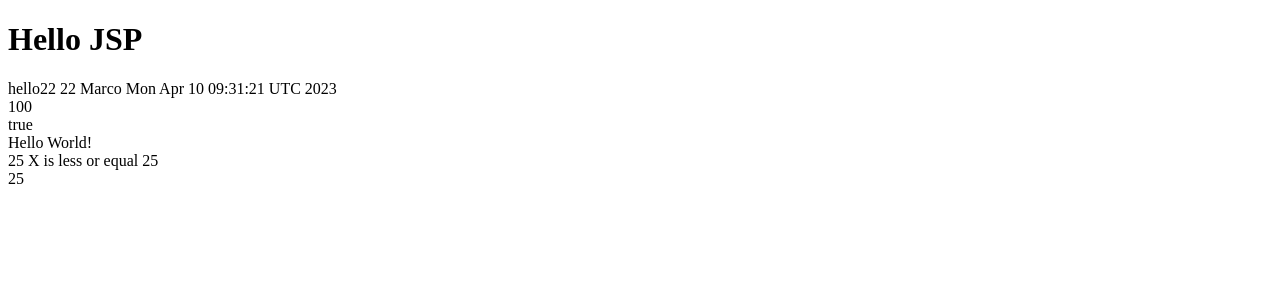
Repository: marcoscheuerer/Java_Enterprise
Page: http://localhost/S01L05_Hello_JSP/HelloJSP.jsp
These files come from the project's save history. The page is drawn as it stood at one moment and after the next save; the edit follows.
The browser window is 1280 px wide. The pictures show the whole page.
The page is served by Tomcat 9.

Above is the page before, as saved 2023-04-10 10:05:38.

After the next save:
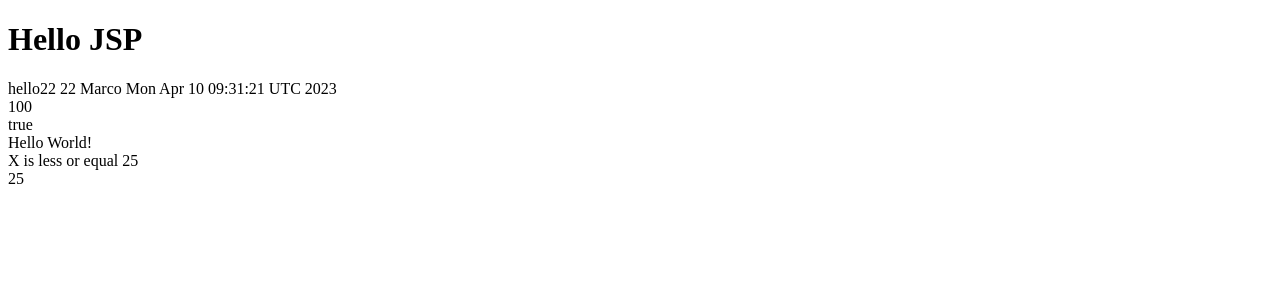
Saved 34 s later.
--- a/S01L05_Hello_JSP/src/main/webapp/HelloJSP.jsp
+++ b/S01L05_Hello_JSP/src/main/webapp/HelloJSP.jsp
@@ -22,7 +22,6 @@
 <br />
 <%
 int x = 25;
-out.println(x);
 
 if (x > 25) {
 	out.println("X is greater than 25");
